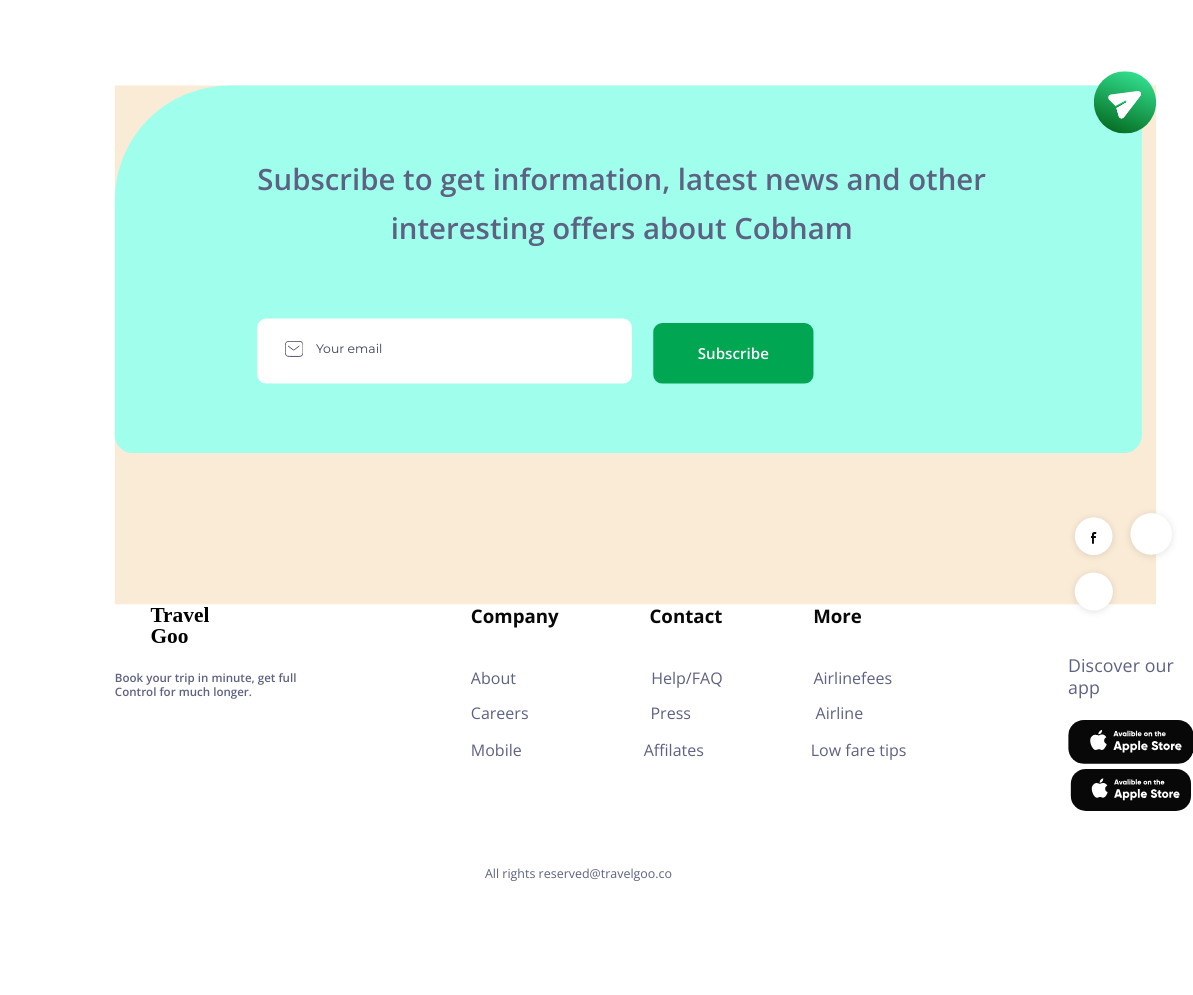
Repository: HeybetzadeQedim/task-5
Page: index.html
An editor plug-in stored every save of this project. The page is shown before and after a run of saves, followed by the edit.
The browser window is 1280 px wide. The page is 1341 px wide, so the pictures cover 1341 px, including what lies to the right of the window. The pictures show the whole page, at 89% of full size.
Some web fonts or font styles are not loaded; a fallback is used.

Above is the page before, as saved 2023-10-16 15:43:13.

### index.html
<!DOCTYPE html>
<html lang="en">
  <head>
    <meta charset="UTF-8" />
    <meta name="viewport" content="width=device-width, initial-scale=1.0" />
    <title>Document</title>
    <link rel="stylesheet" href="./index.css" />
  </head>
  <body>
    <div class="container">
        <div class="relative-container">
            <div class="box-container">
                <h1>
                  Subscribe to get information, latest news and other interesting offers
                  about Cobham
                </h1>

                <div class="flex-container">
                  <div class="flex-container-2">
                    <img src="images/Group 46.svg" />
                    <p>Your email</p>
                  </div>
                  <div class="button-container">
                    <p>Subscribe</p>
                  </div>
                </div>
              </div>
              <div class="image-container">
                <img src="images/Group 77 (1).svg" />
              </div>
        </div>

          <div class="main-container">
            <div>
              <div class="position-container">
                <h2>
                  Travel<br />
                  Goo
                </h2>
                <p>
                  Book your trip in minute, get full<br />
                  Control for much longer.
                </p>
              </div>

              <div class="li-container">
                <ul>
                  <li>Company</li>
                  <li>Contact</li>
                  <li>More</li>
                </ul>
              </div>
              <div class="li-container-2">
                <ul>
                  <li>About</li>
                  <li>Help/FAQ</li>
                  <li>Airlinefees</li>
                </ul>
              </div>
              <div class="li-container-3">
                <ul>
                  <li>Careers</li>
                  <li>Press</li>
                  <li>Airline</li>
                </ul>
              </div>
              <div class="li-container-4">
                <ul>
                  <li>Mobile</li>
                  <li>Affilates</li>
                  <li>Low fare tips</li>
                </ul>
              </div>
              <div class="last-container">
                <img src="images/Social.svg" />
                <img src="images/Background (1).svg" />
                <img src="images/Background (1).svg" />
                <p>Discover our app</p>
                <img src="images/Play Store.svg" />
                <img src="images/Play Store.svg" />
              </div>
            </div>
            <div class="footer-box">
              <p>All rights reserved@travelgoo.co</p>
            </div>
          </div>
    </div>

  </body>
</html>

### index.css
@import url("https://fonts.googleapis.com/css2?family=Laila:wght@700&family=Montserrat&family=Open+Sans:wght@400;600;700&display=swap");
* {
  padding: 0;
  margin: 0;
  box-sizing: border-box;
}
.container {
  padding: 96px 109px 64px 129px;
}
.box-container {
  padding: 79px 175px 78px 160px;
  margin-bottom: 170px;
  border-radius: 0px 24px 0px 50px;
  display: inline-block;
  background: #9fffec;
  border-radius: 129px 20px 20px 20px;

}
.box-container h1 {
  width: 819px;
  color: var(--TEXT-CLR, #5e6282);
  text-align: center;
  font-family: Open Sans;
  font-size: 33px;
  font-style: normal;
  font-weight: 600;
  line-height: 54px; /* 163.636% */
}
.box-container img:first-child {
  width: 70px;
  height: 70px;
}
.image-container {
  position: absolute;
  top: -16px;
  right: 0;
}
.relative-container{
  width: 1170px;

  position: relative;
  background-color: antiquewhite;
}
.flex-container {
  display: flex;
}
.flex-container-2 {
  margin-top: 75px;
  padding: 25px 0 25px 31px;
  width: 421px;
  display: flex;
  border-radius: 10px;
  background: var(--white, #fff);
}
.flex-container-2 img:first-child {
  width: 21px;
  height: 18px;
}
.flex-container-2 p {
  margin-left: 14px;
  color: var(--TEXT-COLOR, #39425d);
  font-family: Montserrat;
  font-size: 14px;
  font-style: normal;
  font-weight: 400;
  line-height: normal;
}
.button-container p {
  margin-top: 80px;
  margin-left: 24px;
  padding: 22px 50px 23px 50px;
  border-radius: 10px;
  background-color: #00a651;
  display: inline-block;
  color: var(--white, #fff);
  text-align: center;
  font-family: Open Sans;
  font-size: 17px;
  font-style: normal;
  font-weight: 600;
  line-height: normal;
}

.position-container {
  position: absolute;
}
.main-container h2 {
  margin-bottom: 25px;
  margin-left: 40px;
  color: #000;
  font-family: Laila;
  font-size: 24px;
  font-style: normal;
  font-weight: 700;
  line-height: 102.5%;
}
.main-container p {
  color: var(--TEXT-CLR, #5e6282);
  font-family: Open Sans;
  font-size: 13px;
  font-style: normal;
  font-weight: 600;
  line-height: 124.5%;
}
.li-container {
  margin-left: 400px;
}
.li-container ul {
  display: flex;
}
.li-container li {
  list-style-type: none;
  color: var(--black, #080809);
  font-family: Open Sans;
  font-size: 21px;
  font-style: normal;
  font-weight: 700;
  line-height: 124.5%;
}
.li-container li:nth-child(2) {
  margin-left: 102px;
  margin-right: 102px;
}
.li-container-2 {
  margin-top: 45px;
  margin-left: 400px;
}
.li-container-2 ul {
  display: flex;
}
.li-container-2 li {
  list-style-type: none;
  color: var(--TEXT-CLR, #5e6282);
  font-family: Open Sans;
  font-size: 18px;
  font-style: normal;
  font-weight: 400;
  line-height: 124.5%;
}
.li-container-2 li:first-child {
  margin-right: 50px;
}
.li-container-2 li:nth-child(2) {
  margin-left: 102px;
  margin-right: 102px;
}
.li-container-3 {
  margin-top: 18px;
  margin-left: 400px;
}
.li-container-3 ul {
  display: flex;
}
.li-container-3 li {
  list-style-type: none;
  color: var(--TEXT-CLR, #5e6282);
  font-family: Open Sans;
  font-size: 18px;
  font-style: normal;
  font-weight: 400;
  line-height: 124.5%;
}
.li-container-3 li:first-child {
  margin-right: 35px;
}
.li-container-3 li:nth-child(2) {
  margin-left: 102px;
  margin-right: 140px;
}
.li-container-4 {
  margin-top: 18px;
  margin-left: 400px;
}
.li-container-4 ul {
  display: flex;
}
.li-container-4 li {
  list-style-type: none;
  color: var(--TEXT-CLR, #5e6282);
  font-family: Open Sans;
  font-size: 18px;
  font-style: normal;
  font-weight: 400;
  line-height: 124.5%;
}
.li-container-4 li:first-child {
  margin-right: 35px;
}
.li-container-4 li:nth-child(2) {
  margin-left: 102px;
  margin-right: 120px;
}
.last-container {
  position: absolute;
  top: 570px;
  left: 1200px;
}
.last-container p {
  /* margin-right: 160px; */
  margin-bottom: 22px;
  margin-top: 37px;
  color: var(--TEXT-CLR, #5e6282);
  font-family: Open Sans;
  font-size: 20px;
  font-style: normal;
  font-weight: 400;
  line-height: 124.5%;
  letter-spacing: 0.1px;
}
.last-container img:first-child {
  width: 58px;
  height: 58px;
}
.last-container img:nth-child(2) {
  width: 63px;
  height: 63px;
}
.last-container img:nth-child(3) {
  /* margin-right: 150px; */
  width: 58px;
  height: 58px;
}
.last-container img:nth-child(4) {
  width: 141px;
  height: 49px;
}
.last-container img:last-child {
  /* margin-right: 40px; */
  width: 141px;
  height: 49px;
}
.footer-container p{
  color: var(--3rd, #e5e5e5);
  font-family: Roboto;
  font-size: 22px;
  font-style: normal;
  font-weight: 400;
  line-height: normal;
}
.footer-box p {
  margin-top: 120px;
  margin-bottom: 64px;
  text-align: center;
  color: var(--TEXT-CLR, #5e6282);
  font-family: Open Sans;
  font-size: 14px;
  font-style: normal;
  font-weight: 400;
  line-height: 124.5%;
}
.flex-box {
  display: flex;
}
.flex-box-2 {
  margin-right: 22px;
  margin-left: 22px;
}
.flex-box-3 {
  margin-right: 22px;
}
.flex-box-4 {
  margin-left: 22px;
  margin-right: 22px;
}
.flex-box-5 {
  margin-right: 22px;
}

After the next 2 saves:
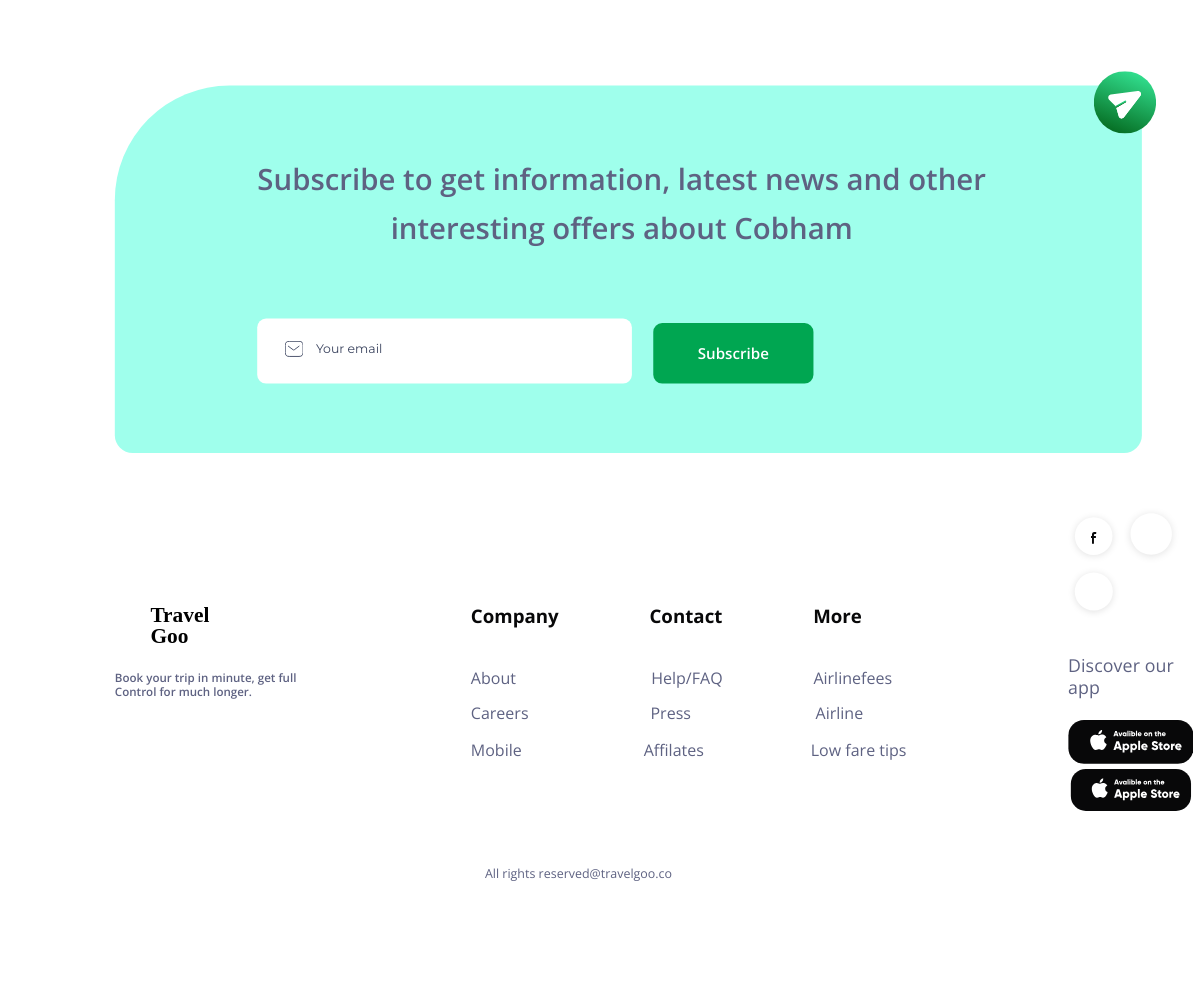
The 2 saves are shown as one change because they came seconds apart.
The last was saved 6 s later.
--- a/index.css
+++ b/index.css
@@ -37,9 +37,7 @@
 }
 .relative-container{
   width: 1170px;
-
   position: relative;
-  background-color: antiquewhite;
 }
 .flex-container {
   display: flex;
